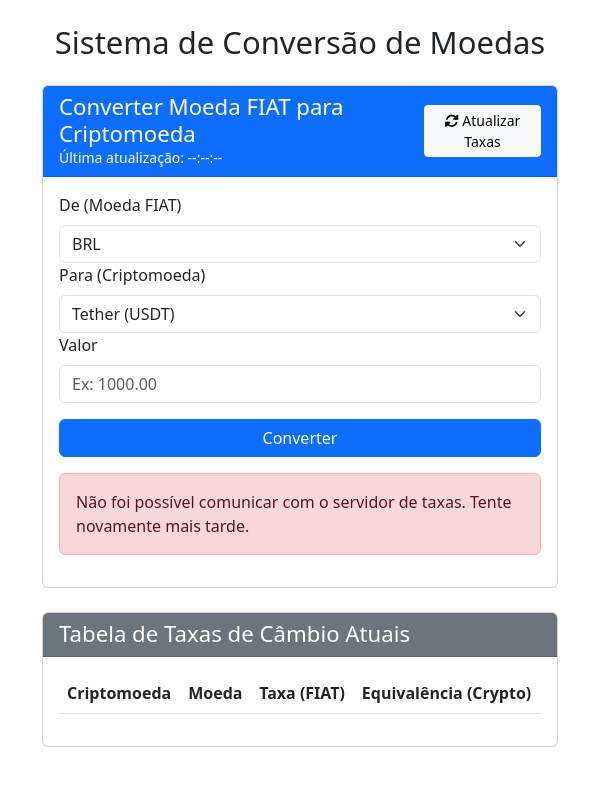
Repository: victorvilanova/crypto-convert-system
Page: index.html
The author's editor kept a copy of each file at every save. The page is drawn from the files as they stood at one save, then again after the next save.
The browser window is 600 px wide. The pictures show the whole page.
The page's requests for data from a server got no answer.

Above is the page before, as saved 2025-04-10 18:53:46.

### index.html
<!DOCTYPE html>
<html lang="pt-br">
  <head>
    <meta charset="UTF-8" />
    <meta name="viewport" content="width=device-width, initial-scale=1.0" />
    <title>Sistema de Conversão FIAT para Criptomoedas</title>
    <link
      href="https://cdn.jsdelivr.net/npm/bootstrap@5.3.0/dist/css/bootstrap.min.css"
      rel="stylesheet"
    />
    <link rel="stylesheet" href="assets/css/style.css" />
  </head>
  <body>
    <div id="offlineAlert" class="alert alert-warning sticky-top" style="display: none;">
      <strong>Você está offline!</strong> Os dados de taxas podem estar desatualizados.
    </div>

    <div class="container mt-4">
      <div class="row">
        <div class="col-md-12">
          <h1 class="text-center mb-4">Sistema de Conversão de Moedas</h1>

          <!-- Área de mensagens temporárias -->
          <div id="message" class="mb-3" style="display: none;"></div>

          <div class="card mb-4">
            <div class="card-header bg-primary text-white d-flex justify-content-between align-items-center">
              <div>
                <h2 class="h4 mb-0">Converter Moeda FIAT para Criptomoeda</h2>
                <div class="small">
                  Última atualização: <span id="lastUpdate">--:--:--</span>
                </div>
              </div>
              <button id="forceUpdateBtn" class="btn btn-sm btn-light">
                <i class="fas fa-sync-alt"></i> Atualizar Taxas
              </button>
            </div>
            <div class="card-body">
              <form id="converterForm">
                <div class="row mb-3">
                  <div class="col-md-4">
                    <label for="fromCurrency" class="form-label"
                      >De (Moeda FIAT)</label
                    >
                    <select id="fromCurrency" class="form-select" required>
                      <!-- Opções serão preenchidas pelo JavaScript -->
                    </select>
                  </div>
                  <div class="col-md-4">
                    <label for="toCrypto" class="form-label"
                      >Para (Criptomoeda)</label
                    >
                    <select id="toCrypto" class="form-select" required>
                      <!-- Opções serão preenchidas pelo JavaScript -->
                    </select>
                  </div>
                  <div class="col-md-4">
                    <label for="amount" class="form-label">Valor</label>
                    <input
                      type="number"
                      id="amount"
                      class="form-control"
                      step="0.01"
                      min="0.01"
                      required
                      placeholder="Ex: 1000.00"
                    />
                  </div>
                </div>
                <div class="d-grid">
                  <button type="button" id="convertBtn" class="btn btn-primary">
                    Converter
                  </button>
                </div>
              </form>

              <div id="loading" class="text-center my-3" style="display: none">
                <div class="spinner-border text-primary" role="status">
                  <span class="visually-hidden">Carregando...</span>
                </div>
                <p class="mt-2">Processando, aguarde...</p>
              </div>

              <div id="result" class="mt-3" style="display: none">
                <!-- Resultado será exibido aqui pelo JavaScript -->
              </div>

              <div id="error" class="mt-3" style="display: none">
                <!-- Erros serão exibidos aqui pelo JavaScript -->
              </div>
            </div>
          </div>

          <!-- Tabela de Taxas de Câmbio -->
          <div class="card">
            <div class="card-header bg-secondary text-white">
              <h2 class="h4 mb-0">Tabela de Taxas de Câmbio Atuais</h2>
            </div>
            <div class="card-body">
              <div class="table-responsive">
                <table class="table table-striped table-hover">
                  <thead>
                    <tr>
                      <th>Criptomoeda</th>
                      <th>Moeda</th>
                      <th>Taxa (FIAT)</th>
                      <th>Equivalência (Crypto)</th>
                    </tr>
                  </thead>
                  <tbody id="ratesTableBody">
                    <!-- Taxas serão preenchidas pelo JavaScript -->
                  </tbody>
                </table>
              </div>
            </div>
          </div>
        </div>
      </div>
    </div>

    <!-- Font Awesome para ícones -->
    <link rel="stylesheet" href="https://cdnjs.cloudflare.com/ajax/libs/font-awesome/6.0.0-beta3/css/all.min.css">

    <!-- Importando o ponto de entrada da aplicação como um módulo ES6 -->
    <script type="module" src="assets/js/app.js"></script>
  </body>
</html>

### assets/css/style.css
/*** CSS para o banner de KYC ***/
.kyc-banner {
  width: 100%;
  background-color: #fff3cd;
  border: 1px solid #ffeeba;
  margin-bottom: 20px;
  border-radius: 8px;
  box-shadow: 0 2px 8px rgba(0, 0, 0, 0.1);
  animation: fadeInDown 0.5s ease;
}

.kyc-banner-content {
  display: flex;
  align-items: center;
  padding: 16px;
  position: relative;
}

.kyc-banner-icon {
  color: #e4a11b;
  font-size: 24px;
  margin-right: 16px;
  display: flex;
  align-items: center;
  justify-content: center;
}

.kyc-banner-text {
  flex: 1;
}

.kyc-banner-text h3 {
  margin: 0 0 4px 0;
  font-size: 18px;
  color: #856404;
}

.kyc-banner-text p {
  margin: 0;
  color: #856404;
}

.btn-start-kyc-banner {
  margin-left: 16px;
  white-space: nowrap;
  background-color: #ffc107;
  border-color: #ffc107;
  color: #212529;
}

.btn-start-kyc-banner:hover {
  background-color: #e0a800;
  border-color: #d39e00;
}

.kyc-banner-close {
  position: absolute;
  top: 8px;
  right: 8px;
  background: none;
  border: none;
  color: #856404;
  font-size: 20px;
  cursor: pointer;
  padding: 0;
  line-height: 1;
}

@keyframes fadeInDown {
  from {
    opacity: 0;
    transform: translateY(-20px);
  }
  to {
    opacity: 1;
    transform: translateY(0);
  }
}

### assets/js/app.js
/**
 * app.js
 * Ponto de entrada principal da aplicação
 */
import CryptoController from './controllers/CryptoController.js';

// Inicializa a aplicação quando o DOM estiver carregado
document.addEventListener('DOMContentLoaded', () => {
  // Cria e inicializa o controlador principal
  const cryptoApp = new CryptoController();

  // Inicializa a aplicação
  cryptoApp.init();

  // Armazena a instância do controlador no objeto window para depuração (opcional)
  window.cryptoApp = cryptoApp;

  console.log('Crypto Convert System inicializado com sucesso!');
});

### assets/js/models/CryptoModel.js
/**
 * CryptoModel.js
 * Responsável por gerenciar os dados de criptomoedas e fazer chamadas à API
 */
import CacheManager from '../utils/CacheManager.js';
import ErrorHandler from '../utils/ErrorHandler.js';
import Validator from '../utils/Validator.js';

export default class CryptoModel {
  constructor() {
    this.rates = {};
    this.apiKey = '12345ABCDE'; // Idealmente, isso deveria ser obtido de um arquivo de configuração seguro
    this.baseUrl = 'https://api.coingecko.com/api/v3';
    this.supportedCurrencies = ['USD', 'EUR', 'BRL', 'GBP', 'JPY'];
    this.supportedCryptos = ['tether', 'bitcoin', 'ethereum', 'litecoin', 'ripple', 'cardano'];
    this.defaultCurrency = 'BRL';
    this.defaultCrypto = 'tether';

    // Instâncias dos utilitários
    this.cacheManager = new CacheManager(15); // TTL de 15 minutos
    this.errorHandler = new ErrorHandler();

    // Chave para cache de taxas
    this.ratesCacheKey = 'current_rates';
  }

  /**
   * Busca as taxas de câmbio atualizadas da API
   * @returns {Promise} Promise com as taxas de câmbio
   */
  async fetchRates() {
    try {
      // Verifica se temos dados em cache primeiro
      const cachedRates = this.cacheManager.getItem(this.ratesCacheKey);

      if (cachedRates) {
        this.rates = cachedRates;
        console.log('Usando taxas em cache');
        return this.rates;
      }

      // Caso não tenha cache, busca da API
      const cryptoIds = this.supportedCryptos.join(',');
      const currencies = this.supportedCurrencies.join(',').toLowerCase();

      const response = await fetch(
        `${this.baseUrl}/simple/price?ids=${cryptoIds}&vs_currencies=${currencies}`
      );

      if (!response.ok) {
        throw new Error(`API error: ${response.status}`);
      }

      const data = await response.json();
      this.rates = data;

      // Salva os dados no cache
      this.cacheManager.setItem(this.ratesCacheKey, this.rates);

      return this.rates;
    } catch (error) {
      const formattedError = this.errorHandler.handleError(error, 'fetchRates');
      throw new Error(formattedError.message);
    }
  }

  /**
   * Converte um valor de uma moeda fiduciária para uma criptomoeda
   * @param {string} fromCurrency - A moeda fiduciária de origem
   * @param {string} toCrypto - A criptomoeda de destino
   * @param {number} amount - O valor a ser convertido
   * @returns {number} O valor convertido
   */
  convert(fromCurrency, toCrypto, amount) {
    try {
      // Validação das entradas
      Validator.validateCurrencyCode(fromCurrency, this.supportedCurrencies);
      Validator.validateCurrencyCode(toCrypto, this.supportedCryptos);
      Validator.validateAmount(amount);

      if (!this.rates[toCrypto] || !this.rates[toCrypto][fromCurrency.toLowerCase()]) {
        throw new Error(`Taxa de conversão não disponível para ${fromCurrency} para ${toCrypto}`);
      }

      const rate = this.rates[toCrypto][fromCurrency.toLowerCase()];
      // A conversão de FIAT para cripto é dividindo o valor pelo rate
      return amount / rate;
    } catch (error) {
      const formattedError = this.errorHandler.handleError(error, 'convert');
      throw new Error(formattedError.message);
    }
  }

  /**
   * Retorna uma tabela com todas as taxas de conversão atuais
   * @returns {Array} Array de objetos com as taxas de conversão
   */
  getAllRates() {
    const ratesTable = [];

    this.supportedCryptos.forEach(crypto => {
      if (this.rates[crypto]) {
        this.supportedCurrencies.forEach(currency => {
          const rate = this.rates[crypto][currency.toLowerCase()];
          if (rate) {
            ratesTable.push({
              crypto: crypto,
              currency: currency,
              rate: rate
            });
          }
        });
      }
    });

    return ratesTable;
  }

  /**
   * Obtém as criptomoedas suportadas
   * @returns {string[]} Array de criptomoedas suportadas
   */
  getSupportedCryptos() {
    return this.supportedCryptos;
  }

  /**
   * Obtém as moedas fiduciárias suportadas
   * @returns {string[]} Array de moedas suportadas
   */
  getSupportedCurrencies() {
    return this.supportedCurrencies;
  }

  /**
   * Obtém a moeda fiduciária padrão
   * @returns {string} Moeda padrão
   */
  getDefaultCurrency() {
    return this.defaultCurrency;
  }

  /**
   * Obtém a criptomoeda padrão
   * @returns {string} Criptomoeda padrão
   */
  getDefaultCrypto() {
    return this.defaultCrypto;
  }

  /**
   * Limpa o cache de taxas para forçar uma atualização
   */
  clearRatesCache() {
    this.cacheManager.removeItem(this.ratesCacheKey);
  }
}

### assets/js/utils/PerformanceUtils.js
/**
 * PerformanceUtils.js
 * Utilitários para melhorar a performance da aplicação
 */
export default class PerformanceUtils {
  /**
   * Implementa função de debounce para limitar a frequência de execução
   * @param {Function} func - Função a ser executada
   * @param {number} wait - Tempo de espera em ms
   * @param {boolean} immediate - Se verdadeiro, executa no início em vez do final
   * @returns {Function} Função com debounce
   */
  static debounce(func, wait = 300, immediate = false) {
    let timeout;

    return function() {
      const context = this;
      const args = arguments;

      const later = function() {
        timeout = null;
        if (!immediate) func.apply(context, args);
      };

      const callNow = immediate && !timeout;
      clearTimeout(timeout);
      timeout = setTimeout(later, wait);

      if (callNow) func.apply(context, args);
    };
  }

  /**
   * Implementa função de throttle para limitar a frequência de execução
   * @param {Function} func - Função a ser executada
   * @param {number} limit - Limite de tempo em ms
   * @returns {Function} Função com throttle
   */
  static throttle(func, limit = 300) {
    let inThrottle;

    return function() {
      const args = arguments;
      const context = this;

      if (!inThrottle) {
        func.apply(context, args);
        inThrottle = true;
        setTimeout(() => inThrottle = false, limit);
      }
    };
  }

  /**
   * Detecta se a aplicação está rodando em um dispositivo com baixo poder de processamento
   * @returns {boolean} Verdadeiro se for um dispositivo de baixo desempenho
   */
  static isLowPowerDevice() {
    // Verificação básica baseada em características do hardware e navegador
    const maxTouchPoints = navigator.maxTouchPoints || 0;
    const memory = navigator.deviceMemory || 4; // Padrão é 4GB se não disponível
    const cpuCores = navigator.hardwareConcurrency || 4; // Padrão é 4 cores
    const isMobile = /Android|webOS|iPhone|iPad|iPod|BlackBerry|IEMobile|Opera Mini/i.test(navigator.userAgent);

    // Considera um dispositivo de baixa potência se for mobile e tiver recursos limitados
    return isMobile && (memory < 4 || cpuCores < 4);
  }

  /**
   * Ajusta a frequência de atualizações com base nas capacidades do dispositivo
   * @returns {number} Intervalo recomendado em milissegundos
   */
  static getRecommendedUpdateInterval() {
    const isLowPower = this.isLowPowerDevice();

    // Em dispositivos de baixa potência, atualizamos com menos frequência
    return isLowPower ? 3 * 60 * 1000 : 60 * 1000; // 3 minutos vs 1 minuto
  }
}

### assets/js/utils/CacheManager.js
/**
 * CacheManager.js
 * Utilitário para gerenciar cache de dados
 */
export default class CacheManager {
  constructor(ttlInMinutes = 10) {
    this.cacheKeyPrefix = 'crypto_convert_';
    this.defaultTtl = ttlInMinutes * 60 * 1000; // Convertendo minutos para milissegundos
  }

  /**
   * Salva dados no cache
   * @param {string} key - Chave para o item no cache
   * @param {any} data - Dados a serem armazenados
   * @param {number} ttl - Tempo de vida em ms (opcional)
   */
  setItem(key, data, ttl = this.defaultTtl) {
    const cacheItem = {
      data: data,
      expiry: Date.now() + ttl,
      timestamp: Date.now()
    };

    try {
      localStorage.setItem(this.cacheKeyPrefix + key, JSON.stringify(cacheItem));
      return true;
    } catch (error) {
      console.warn('Erro ao armazenar no cache:', error);
      return false;
    }
  }

  /**
   * Recupera dados do cache
   * @param {string} key - Chave do item no cache
   * @returns {any} Dados armazenados ou null se expirado ou não encontrado
   */
  getItem(key) {
    try {
      const cachedItem = localStorage.getItem(this.cacheKeyPrefix + key);

      if (!cachedItem) {
        return null;
      }

      const item = JSON.parse(cachedItem);

      // Verifica se o item expirou
      if (item.expiry < Date.now()) {
        this.removeItem(key);
        return null;
      }

      return item.data;
    } catch (error) {
      console.warn('Erro ao recuperar do cache:', error);
      return null;
    }
  }

  /**
   * Remove um item do cache
   * @param {string} key - Chave do item a ser removido
   */
  removeItem(key) {
    try {
      localStorage.removeItem(this.cacheKeyPrefix + key);
    } catch (error) {
      console.warn('Erro ao remover item do cache:', error);
    }
  }

  /**
   * Limpa todos os itens de cache da aplicação
   */
  clearCache() {
    try {
      // Remove apenas itens que pertencem a esta aplicação
      Object.keys(localStorage).forEach(key => {
        if (key.startsWith(this.cacheKeyPrefix)) {
          localStorage.removeItem(key);
        }
      });
    } catch (error) {
      console.warn('Erro ao limpar cache:', error);
    }
  }

  /**
   * Verifica a idade dos dados em cache
   * @param {string} key - Chave do item no cache
   * @returns {number} Idade em minutos ou -1 se não encontrado
   */
  getItemAge(key) {
    try {
      const cachedItem = localStorage.getItem(this.cacheKeyPrefix + key);

      if (!cachedItem) {
        return -1;
      }

      const item = JSON.parse(cachedItem);
      const ageInMs = Date.now() - item.timestamp;

      // Retorna idade em minutos
      return Math.floor(ageInMs / (60 * 1000));
    } catch (error) {
      return -1;
    }
  }
}

### assets/js/utils/ErrorHandler.js
/**
 * ErrorHandler.js
 * Utilitário para gerenciar erros da aplicação
 */
export default class ErrorHandler {
  constructor() {
    this.errorTypes = {
      API_ERROR: 'api_error',
      VALIDATION_ERROR: 'validation_error',
      CONVERSION_ERROR: 'conversion_error',
      NETWORK_ERROR: 'network_error',
      UNKNOWN_ERROR: 'unknown_error'
    };
  }

  /**
   * Processa um erro e retorna um objeto de erro formatado
   * @param {Error} error - O erro original
   * @param {string} context - O contexto onde o erro ocorreu
   * @returns {Object} Objeto de erro formatado
   */
  handleError(error, context = '') {
    // Determina o tipo de erro
    const errorType = this.determineErrorType(error);

    // Registra erro no console com informações adicionais
    console.error(`[${context}] ${errorType}:`, error);

    // Retorna um objeto de erro formatado e amigável
    return {
      type: errorType,
      message: this.getUserFriendlyMessage(error, errorType),
      originalError: error,
      timestamp: new Date()
    };
  }

  /**
   * Determina o tipo de erro
   * @param {Error} error - O erro a ser analisado
   * @returns {string} O tipo de erro
   */
  determineErrorType(error) {
    const { errorTypes } = this;

    if (!navigator.onLine) {
      return errorTypes.NETWORK_ERROR;
    }

    if (error.message.includes('API error') || error.message.includes('fetch')) {
      return errorTypes.API_ERROR;
    }

    if (error.message.includes('conversão') || error.message.includes('taxa')) {
      return errorTypes.CONVERSION_ERROR;
    }

    if (error.message.includes('válido') || error.message.includes('informe')) {
      return errorTypes.VALIDATION_ERROR;
    }

    return errorTypes.UNKNOWN_ERROR;
  }

  /**
   * Obtém uma mensagem de erro amigável para o usuário
   * @param {Error} error - O erro original
   * @param {string} errorType - O tipo de erro
   * @returns {string} Mensagem de erro amigável
   */
  getUserFriendlyMessage(error, errorType) {
    const { errorTypes } = this;

    const errorMessages = {
      [errorTypes.API_ERROR]: 'Não foi possível comunicar com o servidor de taxas. Tente novamente mais tarde.',
      [errorTypes.VALIDATION_ERROR]: error.message,
      [errorTypes.CONVERSION_ERROR]: 'Não foi possível realizar a conversão com os valores informados.',
      [errorTypes.NETWORK_ERROR]: 'Você parece estar offline. Verifique sua conexão com a internet.',
      [errorTypes.UNKNOWN_ERROR]: 'Ocorreu um erro inesperado. Por favor, tente novamente.'
    };

    return errorMessages[errorType] || error.message;
  }
}

### assets/js/utils/Validator.js
/**
 * Validator.js
 * Utilitário para validação de entradas do usuário
 */
export default class Validator {
  /**
   * Valida um valor de conversão
   * @param {number} amount - Valor a ser validado
   * @throws {Error} Se o valor for inválido
   */
  static validateAmount(amount) {
    // Verifica se é um número
    if (isNaN(amount)) {
      throw new Error('O valor precisa ser um número válido');
    }

    // Verifica valor positivo
    if (amount <= 0) {
      throw new Error('O valor precisa ser maior que zero');
    }

    // Verifica valor máximo para evitar problemas
    if (amount > 1000000000) {
      throw new Error('O valor é muito alto para conversão');
    }

    return true;
  }

  /**
   * Sanitiza uma string para evitar XSS
   * @param {string} input - String para sanitizar
   * @returns {string} String sanitizada
   */
  static sanitizeString(input) {
    if (typeof input !== 'string') {
      return '';
    }

    // Remove tags HTML e caracteres potencialmente perigosos
    return input
      .replace(/</g, '&lt;')
      .replace(/>/g, '&gt;')
      .replace(/"/g, '&quot;')
      .replace(/'/g, '&#39;')
      .replace(/`/g, '&#96;')
      .replace(/\$/g, '&#36;');
  }

  /**
   * Valida uma moeda ou criptomoeda
   * @param {string} code - Código da moeda/cripto
   * @param {string[]} allowedValues - Valores permitidos
   * @throws {Error} Se o código for inválido
   */
  static validateCurrencyCode(code, allowedValues) {
    // Verifica se é string
    if (typeof code !== 'string') {
      throw new Error('Código de moeda inválido');
    }

    // Sanitiza o código
    const sanitizedCode = this.sanitizeString(code);

    // Verifica se está na lista de valores permitidos
    if (!allowedValues.includes(sanitizedCode)) {
      throw new Error(`Moeda "${sanitizedCode}" não é suportada`);
    }

    return true;
  }
}

Loaded but not shown: assets/js/views/CryptoView.js (285 lines, source omitted); assets/js/controllers/CryptoController.js (205 lines, source omitted)

After the next save:
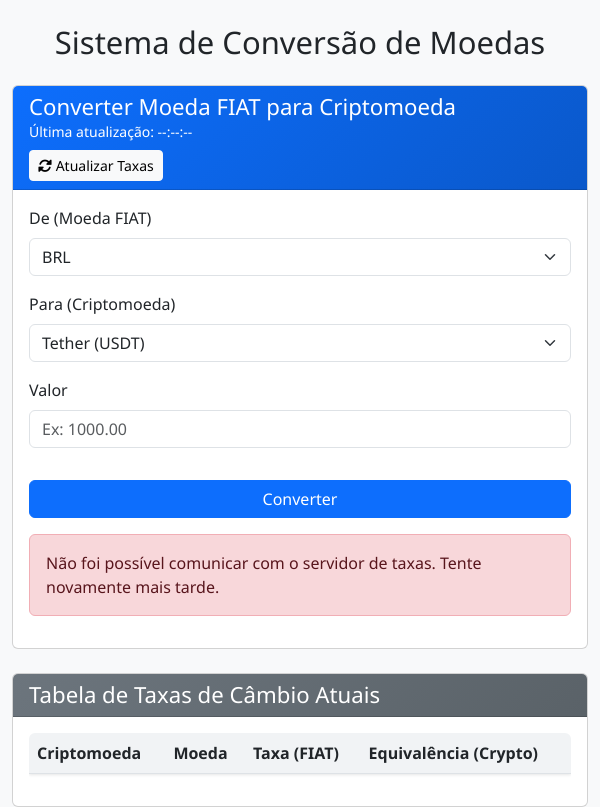
Saved 29 s later.
--- a/assets/css/style.css
+++ b/assets/css/style.css
@@ -76,3 +76,119 @@
     transform: translateY(0);
   }
 }
+
+/**
+ * Estilos customizados para o Sistema de Conversão de Moedas
+ */
+
+/* Estilos gerais */
+body {
+  background-color: #f8f9fa;
+  font-family: 'Segoe UI', Tahoma, Geneva, Verdana, sans-serif;
+}
+
+.container {
+  max-width: 1200px;
+}
+
+/* Cabeçalho do conversor */
+.card-header.bg-primary {
+  background: linear-gradient(135deg, #0d6efd, #0a58ca) !important;
+}
+
+.card-header.bg-secondary {
+  background: linear-gradient(135deg, #6c757d, #5a6268) !important;
+}
+
+/* Animações de carregamento */
+@keyframes pulse {
+  0% { opacity: 1; }
+  50% { opacity: 0.5; }
+  100% { opacity: 1; }
+}
+
+.loading-pulse {
+  animation: pulse 1.5s infinite ease-in-out;
+}
+
+/* Alerta offline */
+#offlineAlert {
+  border-radius: 0;
+  margin-bottom: 0;
+  box-shadow: 0 2px 5px rgba(0, 0, 0, 0.1);
+}
+
+/* Área de resultado */
+#result .alert-success {
+  border-left: 5px solid #198754;
+}
+
+/* Estilizando a tabela */
+.table {
+  box-shadow: 0 1px 3px rgba(0, 0, 0, 0.1);
+}
+
+.table th {
+  background-color: #f1f3f5;
+  position: sticky;
+  top: 0;
+}
+
+.table tbody tr:hover {
+  background-color: rgba(13, 110, 253, 0.05);
+}
+
+/* Melhorando a responsividade */
+@media (max-width: 767.98px) {
+  .row .col-md-4 {
+    margin-bottom: 1rem;
+  }
+
+  .card-header {
+    flex-direction: column;
+    align-items: start !important;
+  }
+
+  #forceUpdateBtn {
+    margin-top: 0.5rem;
+  }
+
+  .table-responsive {
+    border-radius: 0.375rem;
+  }
+}
+
+/* Estilos para inputs e selects */
+.form-control:focus, .form-select:focus {
+  border-color: #0d6efd;
+  box-shadow: 0 0 0 0.25rem rgba(13, 110, 253, 0.25);
+}
+
+/* Efeitos de transição */
+.card, .btn, .alert {
+  transition: all 0.3s ease;
+}
+
+.alert {
+  border-radius: 0.375rem;
+}
+
+/* Botão de atualização */
+#forceUpdateBtn:hover {
+  background-color: #f8f9fa;
+}
+
+#forceUpdateBtn:active {
+  transform: scale(0.98);
+}
+
+/* Animação para atualização de taxas */
+@keyframes highlight {
+  0% { background-color: transparent; }
+  50% { background-color: rgba(255, 193, 7, 0.2); }
+  100% { background-color: transparent; }
+}
+
+.highlight-row {
+  animation: highlight 1.5s ease;
+}
